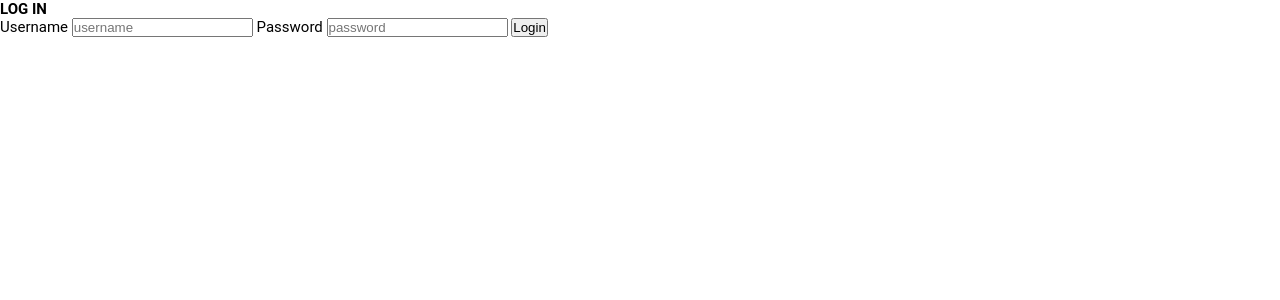
Repository: huyna1707/learning-git
Page: index.html
An editor plug-in stored every save of this project. The page is shown before and after a run of saves, followed by the edit.
The browser window is 1280 px wide. The pictures show the whole page.

Above is the page before, as saved 2024-08-09 23:12:02.

After the next 2 saves:
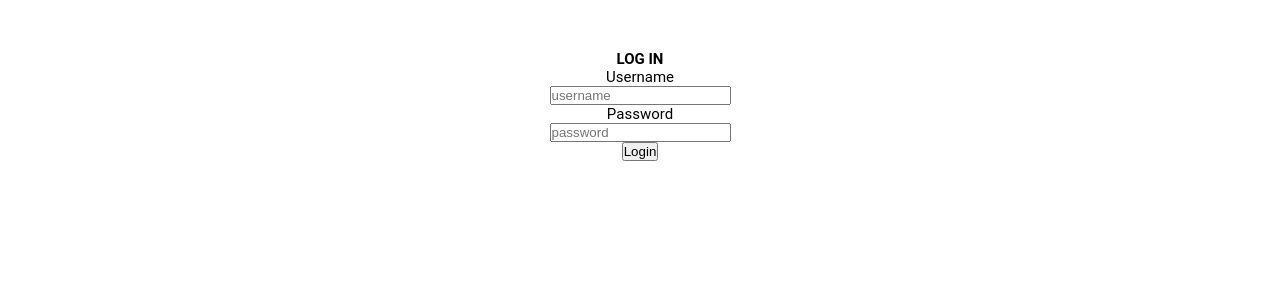
The 2 saves are shown as one change because they came seconds apart.
The last was saved 19 s later.
--- a/style.css
+++ b/style.css
@@ -8,3 +8,11 @@ html{
     font-size: 15px;
     font-family: 'Roboto', sans-serif;
 }
+
+form{
+    display: flex;
+    flex-direction: column;
+    justify-content: center;
+    align-items: center;
+    margin-top: 50px;
+}
